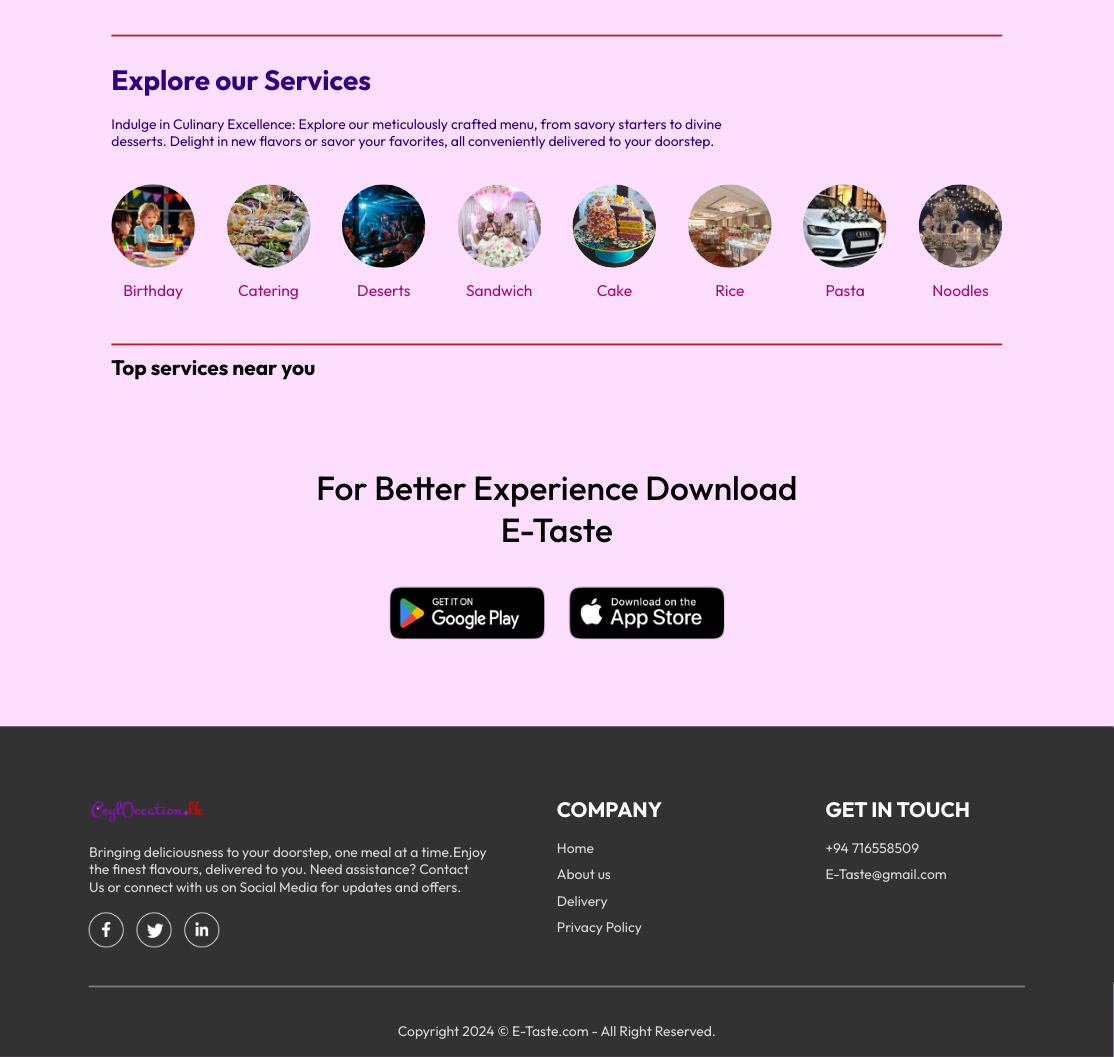
Repository: Abhiranda/Ceyloccation.lk
Page: / (app in frontend/)
The author's editor kept a copy of each file at every save. The page is drawn from the files as they stood at one save, then again after the next save.
The browser window is 1280 px wide. The pictures show the part of the page from y = 624 to 1839 px (the page is 1839 px tall), at 87% of full size.
The page's requests for data from a server got no answer. The project was rebuilt for these pictures with package versions that can differ from the ones it lists, and the page was loaded fresh each time. No one was signed in, and anything a server would have sent is missing. Also part of the build but not shown: frontend/vite.config.js, frontend/src/pages/PlaceOrder/PlaceOrder.css, frontend/src/pages/PlaceOrder/PlaceOrder.jsx, frontend/src/components/ServiceDisplay/ServiceDisplay.css, frontend/src/components/ServiceItem/ServiceItem.css, frontend/src/components/ServiceItem/ServiceItem.jsx, frontend/src/pages/Cart/Cart.css, frontend/src/pages/Cart/Cart.jsx and 6 more.

Above is the page before, as saved 2024-06-07 14:00:16.

### frontend/index.html
<!doctype html>
<html lang="en">
  <head>
    <meta charset="UTF-8" />
    <link rel="icon" type="" href="./logo.png" />
    <meta name="viewport" content="width=device-width, initial-scale=1.0" />
    <title>Ceyloccation.lk</title>
  </head>
  <body>
    <div id="root"></div>
    <script type="module" src="/src/main.jsx"></script>
  </body>
</html>

### frontend/src/main.jsx
import React from 'react'
import ReactDOM from 'react-dom/client'
import App from './App.jsx'
import './index.css'
import {BrowserRouter}from 'react-router-dom'
import StoreContextProvider from './context/StoreContext.jsx'


ReactDOM.createRoot(document.getElementById('root')).render(
  <BrowserRouter>
    <StoreContextProvider>
      <App />
    </StoreContextProvider>
  </BrowserRouter>
)

### frontend/src/App.jsx
import React, { useState } from 'react'
import Navbar from './components/Navbar/Navbar'
import { Route, Routes } from 'react-router-dom'
import PlaceOrder from './pages/PlaceOrder/PlaceOrder'
import Home from './pages/Home/Home'
import Cart from './pages/Cart/Cart'
import Footer from './components/Footer/Footer'
import LoginPopup from './components/LoginPopup/LoginPopup'
import Verify from './pages/Verify/Verify'
import MyOrders from './pages/MyOrders/MyOrders'



const App = () => {

  const[showLogin,setShowLogin]=useState(false)

  return (
    <>
    {showLogin?<LoginPopup setShowLogin={setShowLogin}/>:<></>}
    <div className='app'>
      <Navbar setShowLogin={setShowLogin}/>
      <Routes>
        <Route path='/' element={<Home/>}/>
        <Route path='/cart' element={<Cart/>}/>
        <Route path='/order' element={<PlaceOrder/>}/>
        <Route path='/verify' element={<Verify/>}/>
        <Route path='/myorders' element={<MyOrders/>}/>


      </Routes>
    </div>
    <Footer/>
    </>
  )
}

export default App

### frontend/src/index.css
@import url('https://fonts.googleapis.com/css2?family=Outfit:wght@100..900&display=swap');

*{
  padding:0;
  margin:0;
  box-sizing: border-box;
  font-family: outfit;
  scroll-behavior: smooth;
}

body{
  min-height: 100vh;
  background-color: rgba(242, 0, 255, 0.129);
}

a{
  text-decoration: none;
  color: inherit;
}

.app{
  width: 80%;
  margin: auto;
}


/*creade fadein when refreshing the page*/
@keyframes fadeIn{
  0%{
    opacity: 0;
  }
  100%{
    opacity: 1;
  }
}

### frontend/src/context/StoreContext.jsx
import axios from "axios";
import { createContext, useEffect, useState } from "react";

export const StoreContext = createContext(null)

const StoreContextProvider = (props) => {

    const [cartItems, setCartItems] = useState({});
    const url = "http://localhost:4000";
    const [token,setToken] = useState("");
    const [service_list,setServiceList] = useState([])


    const addToCart = async (itemId) => {
        if (!cartItems[itemId]) {
            setCartItems((prev) => ({ ...prev, [itemId]: 1 }))
        }
        else {
            setCartItems((prev) => ({ ...prev, [itemId]: prev[itemId] + 1 }))
        }
        if (token) {
            await axios.post(url+"/api/cart/add",{itemId},{headers:{token}})
        }
    }

    const removeFromCart = async (itemId) => {
        setCartItems((prev) => ({ ...prev, [itemId]: prev[itemId] - 1 }));
        if (token) {
            await axios.post(url+"/api/cart/remove",{itemId},{headers:{token}})
        }

    }

    const getTotalCartAmount = () => {
        let totalAmount = 0;
        for (const item in cartItems) {
            if (cartItems[item] > 0) {
                let itemInfo = service_list.find((product) => product._id === item);
                totalAmount += itemInfo.price * cartItems[item];
            }

        }
        return totalAmount;
    }

    const fetchServiceList = async ()=>{
        const response = await axios.get(url+"/api/service/list")
        setServiceList(response.data.data)
    }

    const loadCartData = async (token)=>{
        const response = await axios.post(url+"/api/cart/get",{},{headers:{token}});
        setCartItems(response.data.cartData);
    }

    useEffect(()=>{
        async function loadData(){
            await fetchServiceList();
            if (localStorage.getItem("token")) {
                setToken(localStorage.getItem("token"));
                await loadCartData(localStorage.getItem("token"));
            }
        }
        loadData();
    },[])

    const contextValue = {
        service_list,
        cartItems,
        setCartItems,
        addToCart,
        removeFromCart,
        getTotalCartAmount,
        url,
        token,
        setToken
    }

    return (
        <StoreContext.Provider value={contextValue}>
            {props.children}
        </StoreContext.Provider>
    )

}

export default StoreContextProvider

### frontend/src/components/Navbar/Navbar.jsx
import React, { useContext, useState } from 'react'
import './Navbar.css'
import { assets } from '../../assets/assets'
import { Link, useNavigate } from 'react-router-dom';
import { StoreContext } from '../../context/StoreContext';

const Navbar = ({setShowLogin}) => {

    const[menu,setMenu]=useState("Home");

    const {getTotalCartAmount,token,setToken}=useContext(StoreContext);

    const navigate = useNavigate();

    const logout = () =>{
      localStorage.removeItem("token");
      setToken("");
      navigate("/")   //redirected to home page
    }

  return (
    <div className='navbar'>
      <Link to='/'><img src={assets.logo} alt="logo" className='logo'/></Link>
      <ul className='navbar-menu'>
        <Link to='/' onClick={()=>setMenu("Home")} className={menu==='Home'?'active':''}>Home</Link>
        <a href='#explore-menu' onClick={()=>setMenu("Menu")} className={menu==='Menu'?'active':''}>Services</a>
        <a href='#app-download' onClick={()=>setMenu("Mobile-app")} className={menu==='Mobile-app'?'active':''}>Mobile-app</a>
        <a href='#footer' onClick={()=>setMenu("About-us")} className={menu==='About-us'?'active':''}>About us</a>
      </ul>
      <div className='navbar-right'>
        <img src={assets.search_icon} alt="search_icon" />
        <div className='navbar-search-icon'>
            <Link to='/cart'><img src={assets.basket_icon} alt="basket_icon"/></Link>
            {/**count of basket items (Number of items in the cart) **/}
            <div className={getTotalCartAmount()===0?"":"dot"}></div>
        </div>
        {!token?<button onClick={()=>setShowLogin(true)}>Sign in</button>
        :<div className='navbar-profile'>
          <img src={assets.profile_icon} alt="" />
          <ul className="navbar-profile-dropdown">
            <li onClick={()=>navigate('/myorders')}><img src={assets.bag_icon} alt='bag_icon' /><p>Orders</p></li>
            <hr/>
            <li onClick={logout}><img src={assets.logout_icon} alt='logout_icon' /><p>Logout</p></li>

          </ul>
        </div>}

      </div>
    </div>
  )
}

export default Navbar

### frontend/src/pages/Home/Home.jsx
import React, { useState } from 'react'
import './Home.css'
import Header from '../../components/Header/Header'
import ExploreMenu from '../../components/ExploreMenu/ExploreMenu'
import ServiceDisplay from '../../components/ServiceDisplay/ServiceDisplay'
import AppDownload from '../../components/AppDownload/AppDownload'

const Home = () => {

  //create state variable
  const[category,setCategory]=useState("All");

  return (
    <div>
      <Header/>
      <ExploreMenu category={category} setCategory={setCategory}/>
      <ServiceDisplay category={category}/>
      <AppDownload/>
    </div>
  )
}

export default Home

### frontend/src/components/Footer/Footer.jsx
import React from 'react'
import './Footer.css'
import { assets } from '../../assets/assets'


const Footer = () => {
  return (
    <div className='footer' id='footer'>
        <div className="footer-content">
            <div className="footer-content-left">
                <img src={assets.logo} alt=''/>
                <p>Bringing deliciousness to your doorstep, one meal at a time.Enjoy the finest flavours, delivered to you. Need assistance? Contact Us or connect with us on Social Media for updates and offers.</p>
                <div className="footer-social-icons">
                    <img src={assets.facebook_icon} alt=''/>
                    <img src={assets.twitter_icon} alt=''/>
                    <img src={assets.linkedin_icon} alt=''/>
                </div>
            </div>
            <div className="footer-content-center">
                <h2>COMPANY</h2>
                <ul>
                    <li>Home</li>
                    <li>About us</li>
                    <li>Delivery</li>
                    <li>Privacy Policy</li>
                </ul>
            </div>
            <div className="footer-content-right">
                <h2>GET IN TOUCH</h2>
                <ul>
                    <li>+94 716558509</li>
                    <li>E-Taste@gmail.com</li>
                </ul>
            </div>

        </div>
        <hr/>
        <p className="footer-copyright">Copyright 2024 © E-Taste.com - All Right Reserved.</p>
    </div>
  )
}

export default Footer

### frontend/src/components/Navbar/Navbar.css
.navbar{
    padding: 20px 40px;
    display: flex;
    justify-content: space-between;
    align-items: center;
}

.navbar.logo{
    width: 170px;
    height: 34px;

}

.navbar-menu{
    display: flex;
    list-style: none;
    gap: 20px;
    color: #1154A5;
    font-size: 18px;
    align-items: center;
}

.navbar-right{
    display: flex;
    align-items: center;
    gap: 40px;
}

.navbar button{
    background-color: transparent;
    font-size: 16px;
    color: #1154A5;
    border:1px solid #1154A5 ;
    padding: 10px 30px;
    border-radius: 50px;
    cursor: pointer;
}

.navbar button:hover{
    background-color:#948EE8;
    color: rgb(0, 0, 0);
}

.navbar .active{
    padding-bottom: 2px;
    border-bottom: 4px solid #C0268D;
    color: #000000;
}

.navbar li{
    cursor: pointer;
}

.navbar-search-icon{
    position: relative;
}

.navbar-search-icon .dot{
    position: absolute;
    min-width: 10px;
    min-height: 10px;
    background-color: rgb(189, 0, 158);
    border-radius: 5px;
    top: -8px;
    right: -8px;
}

.navbar-profile{
   position: relative;
}

.navbar-profile-dropdown{
    position: absolute;
    display: none;
    right: 0;
    z-index: 1;
}

.navbar-profile:hover .navbar-profile-dropdown{
    display: flex;
    flex-direction: column;
    gap: 10px;
    background-color: #fff2ef;
    padding: 12px 25px;
    border-radius: 4px;
    border: 1px solid #2d24b1;
    outline: 2px solid white;
    list-style: none;

}

.navbar-profile-dropdown li{
    display: flex;
    align-items: center;
    gap: 10px;
    cursor: pointer;
}

.navbar-profile-dropdown img{
    width: 20px;
}

.navbar-profile-dropdown li:hover{
   color: #2d24b1;
}

@media(max-width:1050px){
    .navbar .logo{
        width: 140px;
    }
    .navbar-menu{
        gap:20px;
        font-size: 17px;
    }
    .navbar-right{
        gap: 30px;
    }
    .navbar-right img{
        width: 22px;
    }
    .navbar-right button{
        pad: 8px 25px;
    }
}

@media(max-width:900px){
    .navbar .logo{
        width: 120px;
    }
    .navbar-menu{
        gap:15px;
        font-size: 16px;
    }
    .navbar-right{
        gap: 20px;
    }
    .navbar-right img{
        width: 20px;
    }
    .navbar-right button{
        pad: 7px 20px;
        font-size: 15px;
    }
}

@media(max-width:750px){

    .navbar-menu{
        display: none;
    }
}

### frontend/src/components/Header/Header.jsx
import React from 'react';
import Slideshow from './Slideshow';
import './Header.css';

const Header = () => {
  return (
    <div className='header'>
      <Slideshow />
      <div className="header-contents">
        <h2>Celebrate Life's Moments with Ease!</h2>
        <p>Life's Occasions Made Effortless: Celebrate Every Moment with Ease!</p>
        <button>Join Us....</button>
      </div>
    </div>
  );
}

export default Header;

### frontend/src/components/ExploreMenu/ExploreMenu.jsx
import React from 'react'
import './ExploreMenu.css'
import { menu_list } from '../../assets/assets'

const ExploreMenu = ({category,setCategory}) => {
  return (
    <div className='explore-menu' id='explore-menu'>
      <hr/>
        <h1>Explore our Services</h1>
        <p className='explore-menu-text'>Indulge in Culinary Excellence: Explore our meticulously crafted menu, from savory starters to divine desserts. Delight in new flavors or savor your favorites, all conveniently delivered to your doorstep.</p>
        <div className='explore-menu-list'>
            {menu_list.map((item,index)=>{
                return(
                    <div onClick={()=>setCategory(prev=>prev===item.menu_name?"All":item.menu_name)} key={index} className='explore-menu-list-item'>
                        <img className={category===item.menu_name?"active":""} src={item.menu_image} alt='' />
                        <p>{item.menu_name}</p>
                        </div>
                )
            })}
        </div>
        <hr/>
    </div>
  )
}

export default ExploreMenu

### frontend/src/components/ServiceDisplay/ServiceDisplay.jsx
import React, { useContext } from 'react'
import './ServiceDisplay.css'
import { StoreContext } from '../../context/StoreContext'
import ServiceItem from '../ServiceItem/ServiceItem'

const ServiceDisplay = ({category}) => {
    const{service_list}=useContext(StoreContext)
  return (
    <div className='service-display' id='service-display'>
      <h2>Top services near you</h2>
      <div className="service-display-list">
        {service_list.map((item,index)=>{
            if(category==="All" || category===item.category){
                return <ServiceItem key={index} id={item._id} name={item.name} description={item.description} price={item.price} image={item.image} />
            }

        })}
      </div>
    </div>
  )
}

export default ServiceDisplay

### frontend/src/components/AppDownload/AppDownload.jsx
import React from 'react'
import './AppDownload.css'
import { assets } from '../../assets/assets'

const AppDownload = () => {
  return (
    <div className='app-download' id='app-download'>
      <p>For Better Experience Download<br/>E-Taste</p>
      <div className="app-download-platforms">
        <img src={assets.play_store} alt=''/>
        <img src={assets.app_store} alt=''/>
      </div>
    </div>
  )
}

export default AppDownload

### frontend/src/components/Footer/Footer.css

.footer{
    color: #d9d9d9;
    background-color: #323232;
    display: flex;
    flex-direction: column;
    align-items: center;
    gap: 20px;
    padding: 20px 8vw;
    padding-top: 80px;
    margin-top: 100px;
}

.footer-content{
    width: 100%;
    display: grid;
    grid-template-columns: 2fr 1fr 1fr;
    gap: 80px;
}

.footer-content-left,.footer-content-right,.footer-content-center{
    display: flex;
    flex-direction: column;
    align-items: start;
    gap: 20px;
}

.footer-content-left li,.footer-content-right li,.footer-content-center li{
    list-style: none;
    margin-bottom: 10px;
    cursor: pointer;
}

.footer-content-right h2,.footer-content-center h2{
    color: white;
}

.footer-social-icons img{
    width: 40px;
    margin-right: 15px;
}

.footer hr{
    width: 100%;
    height: 2px;
    margin: 20px 0;
    background-color: grey;
    border: none;
}

@media(max-width:750px){
    .footer-content{
        display: flex;
        flex-direction: column;
        gap: 35px;
    }

    .footer-copyright{
        text-align: center;

    }


}

### frontend/src/components/Header/Slideshow.jsx
import React, { useState, useEffect } from 'react';
import './Slideshow.css'; // Make sure you're importing Slideshow.css

const Slideshow = () => {
  const [currentSlide, setCurrentSlide] = useState(0);
  const slides = [
    './head1.png',
    './head2.png',
    './head3.png'
  ];

  useEffect(() => {
    const interval = setInterval(() => {
      setCurrentSlide(prevSlide => (prevSlide + 1) % slides.length);
    }, 2000);

    return () => clearInterval(interval);
  }, []);

  return (
    <div className="slideshow-container">
      {slides.map((slide, index) => (
        <div
          key={index}
          className={`slide ${index === currentSlide ? 'active' : ''}`}
          style={{ backgroundImage: `url(${slide})` }}
        ></div>
      ))}
    </div>
  );
}

export default Slideshow;

### frontend/src/components/Header/Header.css
.header {
    height: 40vw;
    width: 100%;
    margin: 30px auto;
    background: url('./head1.png') no-repeat;
    background-size: cover;
    position: relative;
    border-radius: 40px;
  }

  .header-contents {
    position: absolute;
    display: flex;
    flex-direction: column;
    align-items: start;
    gap: 1.5vw;
    max-width: 60%;
    bottom: 10%;
    left: 7vw;
    animation: fadeIn 3s;
  }

  .header-contents h2 {
    font-weight: 400;
    color: white;
    font-size: max(4.0vw,22px);
  }

  .header-contents p {
    color: white;
    font-size: 1.5vw;
  }

  .header-contents button {
    border: none;
    color: #ffffff;
    font-weight: 600;
    padding: 1vw 2.3vw;
    background-color: rgba(197, 121, 218, 0.589);
    font-size: max(1vw,13px);
    border-radius: 20px;
  }

  @media (max-width: 1050px) {
    .header-contents {
      max-width: 45%;
    }
  }

  @media (max-width: 750px) {
    .header-contents {
      max-width: 65%;
    }
    .header-contents p {
      display: none;
    }
    .header-contents button {
      padding: 2vw 4vw;
    }
  }

### frontend/src/components/ExploreMenu/ExploreMenu.css

.explore-menu{
    display: flex;
    flex-direction: column;
    gap: 20px;
}

.explore-menu{
    color: #300083;
    font-weight: 400px;
}

.explore-menu-text{
    max-width: 75%;
    columns: #808080;
}

.explore-menu-list{
    display: flex;
    justify-content: space-between;
    align-items: center;
    gap: 30px;
    text-align: center;
    margin: 20px 0px;
    overflow: scroll;
}

/*Hide scroll bar*/
.explore-menu-list::-webkit-scrollbar{
    display: none;
}

.explore-menu-list-item img{
    width: 7.5vw;
    min-width: 80px;
    cursor: pointer;
    border-radius: 100%;
    transition: 0.2s;
}

.explore-menu-list-item p{
    margin-top: 10px;
    color: #a60c78;
    font-size: max(1.4vw,16px);
    cursor: pointer;
    transition: 0.2s;
}

.explore-menu hr{
    margin: 10px 0px;
    height: 2px;
    background-color: #c71313;
    border: none;
}

.explore-menu-list-item .active{
    border: 4px solid #d02999;
    padding: 2px;
}


.explore-menu-list-item:hover{
    transform: scale(1.05);
}

@media(max-width:1050px){
    .explore-menu-text{
        max-width: 100%;
         font-size: 14px;
    }
}

### frontend/src/components/AppDownload/AppDownload.css

.app-download{
    margin: auto auto;
    margin-top: 100px;
    font-size: max(3vw,20px);
    text-align: center;
    font-weight: 500;
}

.app-download-platforms{
    display: flex;
    justify-content: center;
    gap: max(2vw,10px);
    margin-top: 40px;
}

.app-download-platforms img{
    width: max(30vw,120px);
    max-width: 180px;
    transition: 0.5s;
    cursor: pointer;
}

.app-download-platforms img:hover{
    transform: scale(1.05);
}

### frontend/src/components/Header/Slideshow.css
.slideshow-container {
    position: relative;
    max-width: 100%;
    overflow: hidden;
  }

  .slide {
    display: none;
    width: 100%;
    height: 40vw;
    background-size: cover;
    background-position: center;
  }

  .slide.active {
    display: block;
    animation: fade 1.5s;
  }

  @keyframes fade {
    from { opacity: 0; }
    to { opacity: 1; }
  }

Loaded but not shown: frontend/src/assets/assets.js (350 lines, source omitted); frontend/src/pages/Home/Home.css (no stored copy; drawn as an empty file)

After the next save:
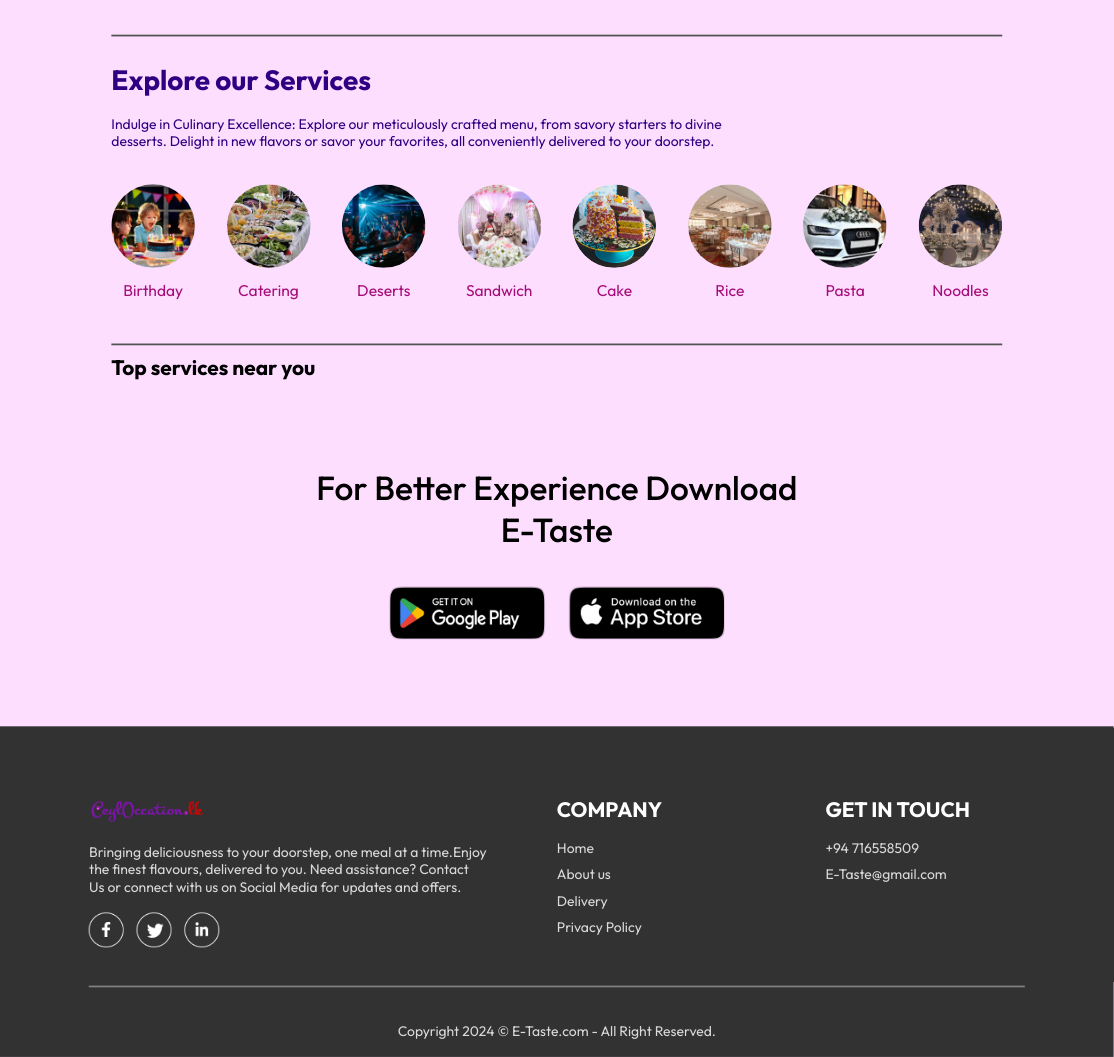
Saved 6 s later.
--- a/frontend/src/components/ExploreMenu/ExploreMenu.css
+++ b/frontend/src/components/ExploreMenu/ExploreMenu.css
@@ -49,7 +49,7 @@
 .explore-menu hr{
     margin: 10px 0px;
     height: 2px;
-    background-color: #c71313;
+    background-color: #515151;
     border: none;
 }
 
